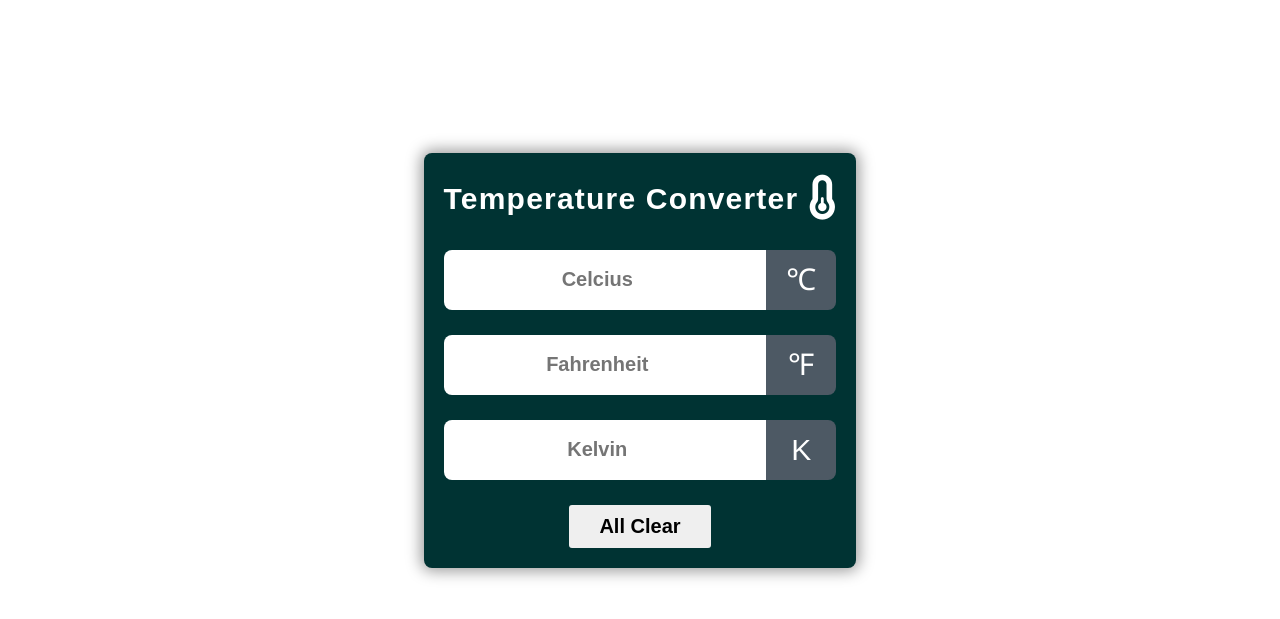
Repository: kiranjeetkaur01/tempconverter.github.io
Page: index.html
The author's editor kept a copy of each file at every save. The page is drawn from the files as they stood at one save, then again after the next save.
The browser window is 1280 px wide. The pictures show the whole page.
The pointer rests on the first visible `.button button`.

Above is the page before, as saved 2023-09-27 13:04:48.

### index.html
<!DOCTYPE html>
<html lang="en">
  <head>
    <meta charset="UTF-8" />
    <meta name="viewport" content="width=device-width, initial-scale=1.0" />
    <title>Temperature Converter</title>
    <link rel="stylesheet" href="style.css" />
    <link
      rel="stylesheet"
      href="https://cdnjs.cloudflare.com/ajax/libs/font-awesome/6.4.2/css/all.min.css"
      integrity="sha512-z3gLpd7yknf1YoNbCzqRKc4qyor8gaKU1qmn+CShxbuBusANI9QpRohGBreCFkKxLhei6S9CQXFEbbKuqLg0DA=="
      crossorigin="anonymous"
      referrerpolicy="no-referrer" />
  </head>
  <body>
    <div class="container">
      <div class="title">
        <h1>Temperature Converter</h1>
        <span class="temperature-icon"
          ><i class="fa-solid fa-temperature-quarter"></i></span>
      </div>
      <div id="celcius">
        <input type="number" name="" placeholder="Celcius">
        <span class="icon">&#8451</span>
      </div>

      <div id="fahrenheit">
        <input type="number" name="" placeholder="Fahrenheit">
        <span class="icon">&#8457</span>
      </div>

      <div id="kelvin">
        <input type="number" name="" placeholder="Kelvin">
        <span class="icon">&#8490</span>
      </div>
      <div class="button">
        <button>All Clear</button>
      </div>
    </div>
  </div>
  </body>
</html>

### style.css
* {
  margin: 0;
  padding: 0;
  box-sizing: border-box;
}

body {
  display: flex;
  justify-content: center;
  align-items: center;
  min-height: 100vh;
}
.container {
  max-width: 450px;
  background: #003333;
  border-radius: 8px;
  box-shadow: 0px 0px 15px 3px rgba(0, 0, 0, 0.4);
  font-family: sans-serif;
  padding: 20px;
}
.title {
  display: flex;
  justify-content: center;
  align-items: center;
  flex-wrap: wrap-reverse;
  gap: 10px;
}
.temperature-icon {
  font-size: 45px;
  color: #fff;
}
h1 {
  color: #fff;
  letter-spacing: 1.2px;
  font-size: 30px;
}
#celcius,
#fahrenheit,
#kelvin {
  display: flex;
  justify-content: center;
  align-items: center;
  margin-top: 25px;
}

input {
  flex: 5;
  height: 60px;
  font-size: 20px;
  font-weight: 600;
  text-align: center;
  border: none;
  outline: none;
  border-radius: 8px 0 0 8px;
  padding: 0 10px;
}

.icon {
  flex: 1;
  height: 60px;
  line-height: 60px;
  padding: 0 5px;
  text-align: center;
  font-size: 30px;
  background: #4d5964;
  color: #fff;
  border-radius: 0 8px 8px 0;
}
.button {
  margin-top: 25px;
  text-align: center;
}

.button button {
  border: none;
  outline: none;
  padding: 10px 30px;
  font-size: 20px;
  font-weight: 600;
  border-radius: 3px;
  cursor: pointer;
  transition: 0.3s;
}

After the next save:
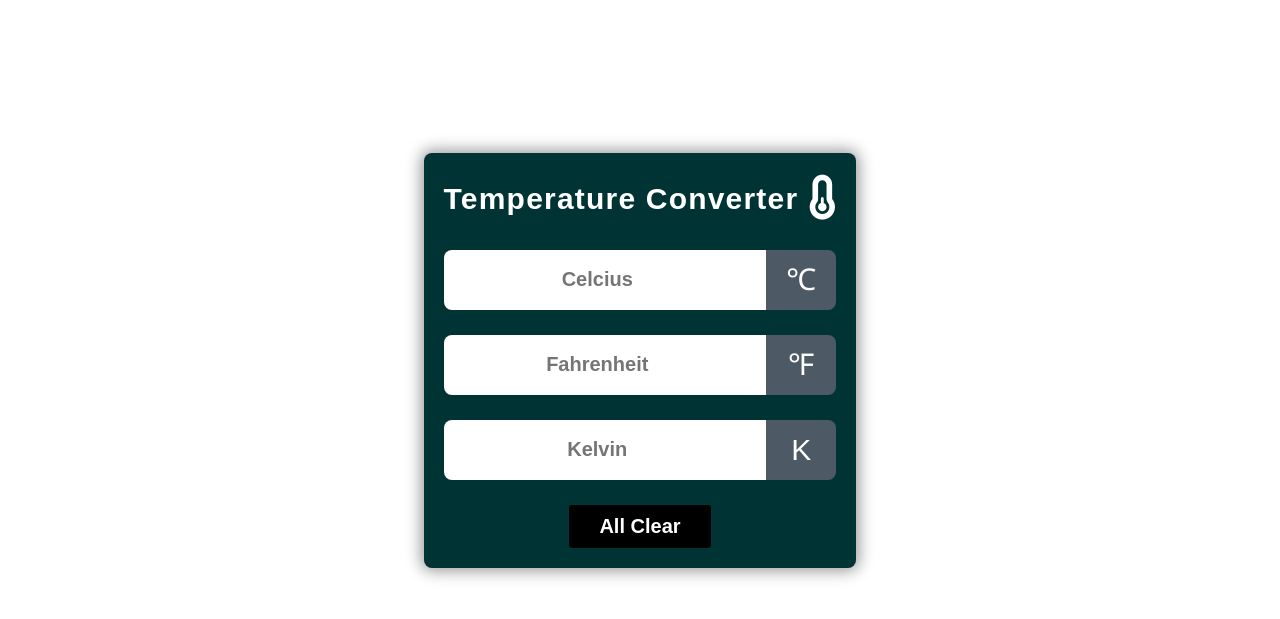
Saved 57 s later.
--- a/style.css
+++ b/style.css
@@ -81,3 +81,8 @@ input {
   cursor: pointer;
   transition: 0.3s;
 }
+
+.button button:hover {
+  background: #000;
+  color: #fff;
+}
